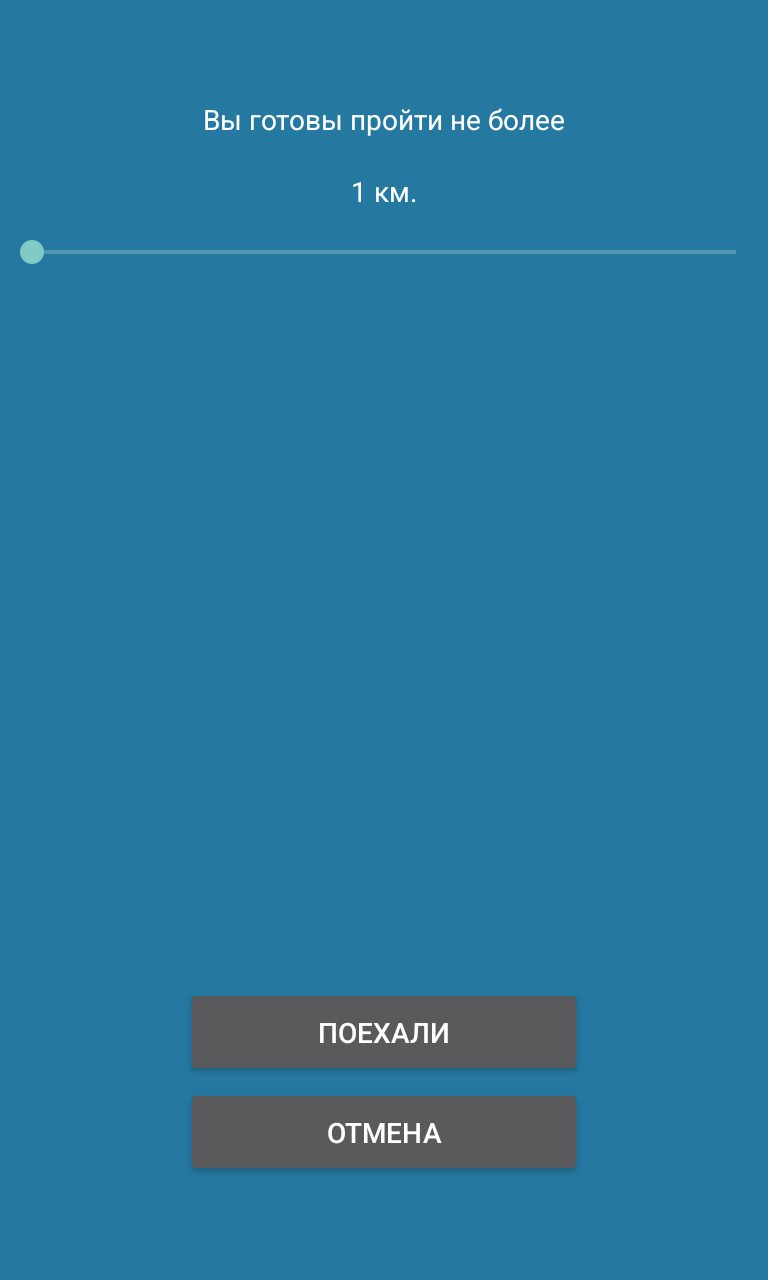
Repository: spacesoldier/MileSharing_old
Layout: MileSharing/res/layout/fragment_pdcontent.xml
These files come from the project's save history. The layout is drawn as it stood at one moment and after the next save; the edit follows.
It is drawn on a 768 x 1280 px phone screen (xhdpi) without system bars, with theme Theme.AppCompat; the app's code is not run.

Above is the layout before, as saved 2014-05-19 19:56:37.

After the next save:
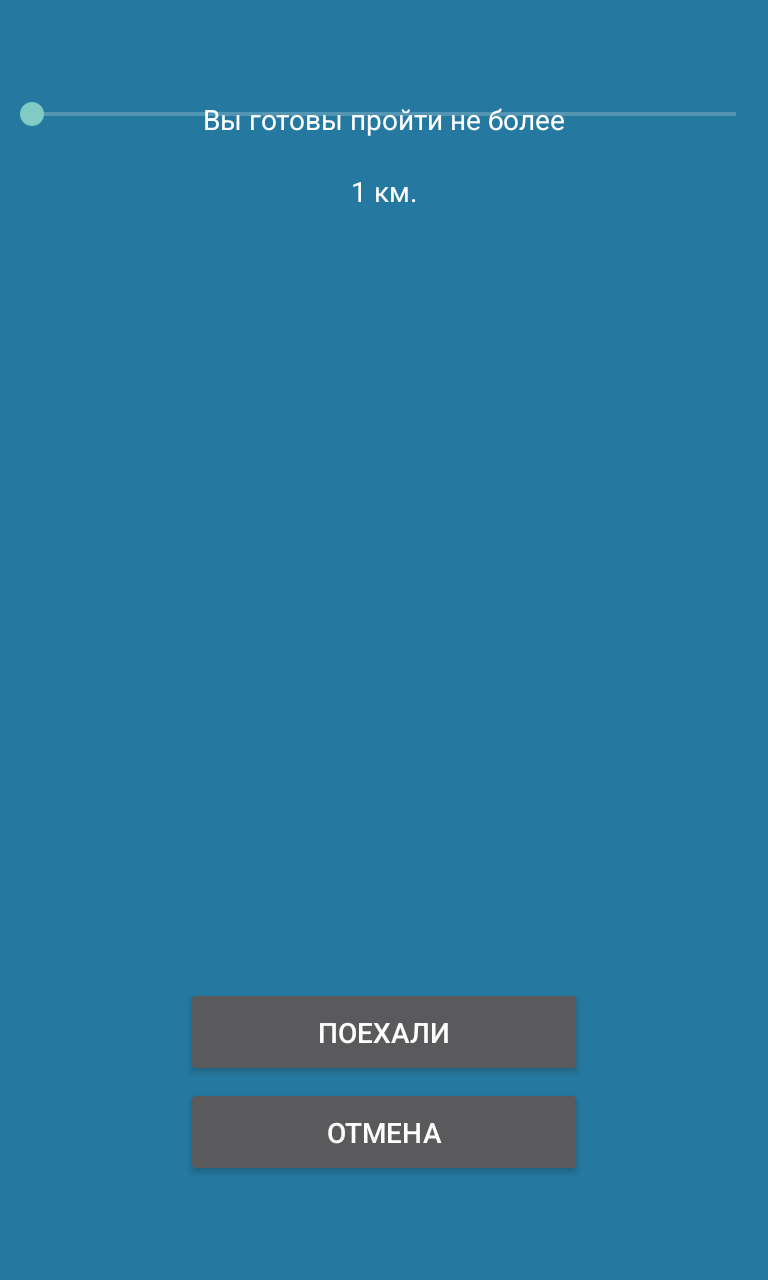
Saved 22 s later.
--- a/MileSharing/res/layout/fragment_pdcontent.xml
+++ b/MileSharing/res/layout/fragment_pdcontent.xml
@@ -36,7 +36,7 @@
         android:layout_marginTop="48dp" />
 
     <TextView
-        android:id="@+id/textView1"
+        android:id="@+id/textMeters"
         android:layout_width="wrap_content"
         android:layout_height="wrap_content"
         android:layout_alignParentTop="true"
@@ -46,7 +46,7 @@
         android:textColor="@color/white_text_color" />
 
      <TextView
-         android:id="@+id/textView1"
+         android:id="@+id/textLabel"
          android:layout_width="wrap_content"
          android:layout_height="wrap_content"
          android:layout_alignParentTop="true"
